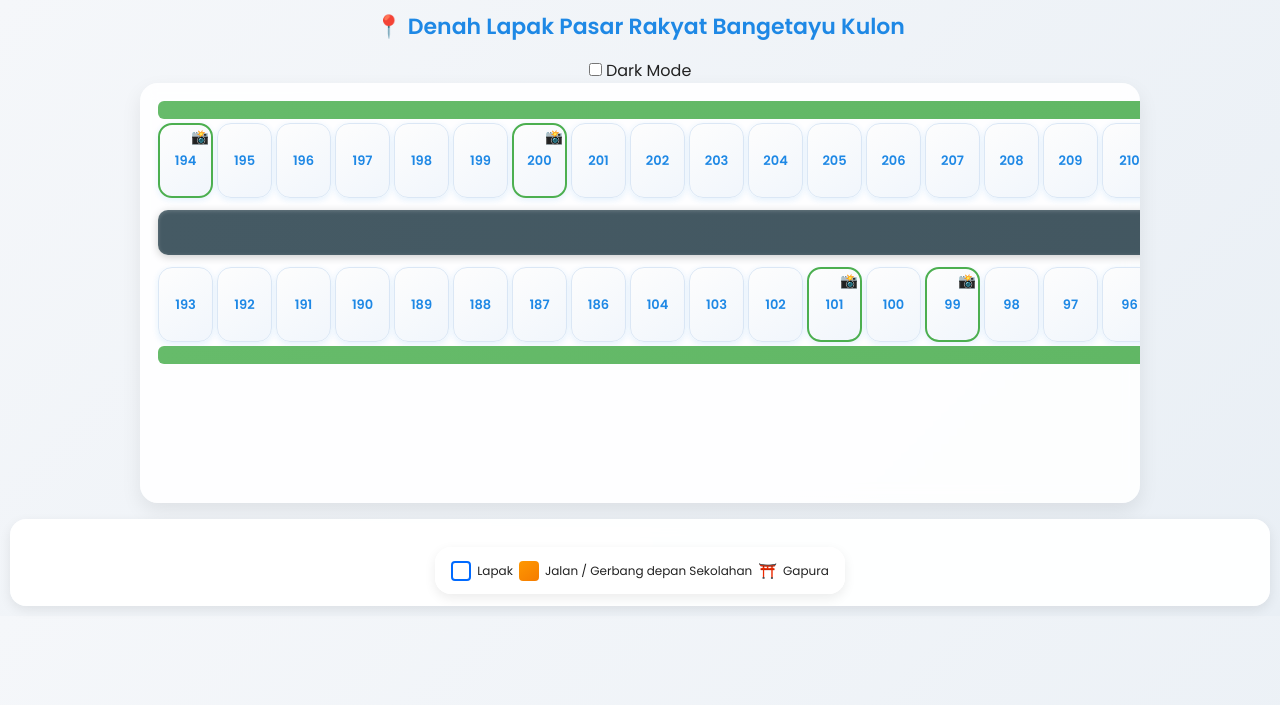
Repository: pasarrakyatbak/denah
Page: index.html
An editor plug-in stored every save of this project. The page is shown before and after a run of saves, followed by the edit.
The browser window is 1280 px wide. The pictures show the whole page.

Above is the page before, as saved 2025-09-20 11:16:22.

### index.html
<!DOCTYPE html>
<html lang="id">

<head>
    <meta charset="utf-8" />
    <meta name="viewport" content="width=device-width, initial-scale=1" />
    <title>Peta Lapak Modern</title>
    <link href="https://fonts.googleapis.com/css2?family=Poppins:wght@400;600&display=swap" rel="stylesheet">
    <link rel="stylesheet" href="style.css" />
</head>

<body>
    <h1>📍 Denah Lapak Pasar Rakyat Bangetayu Kulon</h1>
    <!-- Toggle Dark Mode -->
    <div class="dark-toggle">
        <label>
            <input type="checkbox" id="toggleDark">
            Dark Mode
        </label>
    </div>
    <!-- Tooltip -->
    <div class="tooltip" id="tooltip"></div>

    <!-- Grid Container -->
    <div class="scroll-container">
        <div class="h-inner">
            <!-- Rumput kiri -->
            <div class="rumput-wrapper">
                <div class="rumput"></div>
            </div>

            <!-- Lapak kanan (sekarang di atas jalan utama) -->
            <div class="row bottom" id="right-side"></div>
            <!-- Jalan utama -->
            <div class="road-wrapper">
                <div class="road">JALAN UTAMA</div>
            </div>

            <!-- Lapak kiri (sekarang di bawah jalan utama) -->
            <div class="row top" id="left-side"></div>

            <!-- Rumput kanan -->
            <div class="rumput-wrapper">
                <div class="rumput"></div>
            </div>
        </div>
    </div>
    <!-- Modal Foto -->
    <div id="photoModal" class="modal">
        <span class="modal-close" id="modalClose">&times;</span>
        <img class="modal-content" id="modalImg" />
        <div id="caption"></div>
    </div>

    <!-- Legend -->
    <div class="legend">
        <!-- Legend -->
        <div class="legend">
            <div class="legend-item">
                <div class="legend-icon lapak-box"></div>
                <span>Lapak</span>
            </div>
            <div class="legend-item">
                <div class="legend-icon jalan-box"></div>
                <span>Jalan / Gerbang depan Sekolahan</span>
            </div>
            <div class="legend-item">
                <div class="legend-icon">⛩️</div>
                <span>Gapura</span>
            </div>
        </div>

    </div>

    </div>

    <script src="script.js"></script>
</body>

</html>

### style.css
/* Reset & Base */
* {
    margin: 0;
    padding: 0;
    box-sizing: border-box;
}

body {
    font-family: 'Poppins', sans-serif;
    background: linear-gradient(135deg, #f5f7fa, #e9eff5);
    color: #222;
    padding: 10px;
    text-align: center;
}

h1 {
    font-size: 22px;
    margin-bottom: 15px;
    color: #1e88e5;
    font-weight: 700;
}

/* Scroll container */
.scroll-container {
    width: 100%;
    max-width: 1000px;
    height: 420px;
    overflow: auto;
    background: rgba(255, 255, 255, 0.9);
    border-radius: 18px;
    padding: 18px;
    backdrop-filter: blur(8px);
    box-shadow: 0 8px 20px rgba(0, 0, 0, 0.08);
    margin: auto;
    transition: 0.3s ease;
}

.h-inner {
    display: flex;
    flex-direction: column;
    gap: 4px;
    min-width: max-content;
}

.row {
    display: flex;
    align-items: flex-start;
    flex-wrap: wrap;
    min-width: max-content;
    gap: 4px;
}

/* Lapak compact modern */
.lapak {
    width: 55px;
    height: 75px;
    border-radius: 14px;
    background: linear-gradient(145deg, #fdfdfd, #f1f6fc);
    border: 1px solid #dbe7f5;
    color: #1e88e5;
    font-weight: 600;
    display: flex;
    align-items: center;
    justify-content: center;
    cursor: pointer;
    font-size: 13px;
    transition: all 0.25s ease;
    box-shadow: 0 2px 6px rgba(30, 136, 229, 0.12);
}

.lapak:hover {
    background: linear-gradient(145deg, #1e88e5, #1565c0);
    color: #fff;
    transform: translateY(-5px) scale(1.07);
    box-shadow: 0 8px 18px rgba(30, 136, 229, 0.3);
}

/* Jalan utama */
.road {
    height: 45px;
    background: linear-gradient(90deg, #455a64, #37474f);
    color: #fff;
    display: flex;
    align-items: center;
    justify-content: center;
    border-radius: 10px;
    font-weight: 600;
    font-size: 13px;
    margin: 8px 0;
    letter-spacing: 0.5px;
    box-shadow: inset 0 1px 4px rgba(255, 255, 255, 0.2),
        0 2px 8px rgba(0, 0, 0, 0.2);
}

/* Jalan / Gerbang */
.jalan-gerbang {
    width: 100px;
    height: 35px;
    background: linear-gradient(145deg, #ff9800, #f57c00);
    color: #fff;
    display: flex;
    align-items: center;
    justify-content: center;
    border-radius: 10px;
    font-weight: 600;
    font-size: 12px;
    box-shadow: 0 4px 10px rgba(255, 152, 0, 0.35);
    transition: 0.25s ease;
}

.jalan-gerbang:hover {
    background: linear-gradient(145deg, #fb8c00, #ef6c00);
    transform: translateY(-3px) scale(1.05);
}

/* Gapura lintas jalan */
.gapura-container {
    width: 50px;
    height: 75px;
    display: flex;
    flex-direction: column;
    align-items: center;
    justify-content: center;
    gap: 2px;
}

.gapura-icon {
    font-size: 20px;
}

.gapura-arrow {
    font-size: 14px;
}

/* Rumput */
.rumput-wrapper {
    position: relative;
}

.rumput {
    height: 18px;
    width: 100%;
    background: linear-gradient(90deg, #66bb6a, #43a047);
    border-radius: 6px;
}

/* Modern Legend */
.legend {
    margin-top: 16px;
    background: rgba(255, 255, 255, 0.95);
    padding: 12px 16px;
    border-radius: 16px;
    /* lebih smooth */
    font-size: 12px;
    font-weight: 500;
    /* lebih ringan */
    display: flex;
    gap: 16px;
    justify-content: center;
    flex-wrap: wrap;
    box-shadow: 0 4px 12px rgba(0, 0, 0, 0.08);
    /* lebih lembut dan modern */
    backdrop-filter: blur(8px);
    transition: all 0.3s ease;
}

.legend div {
    display: flex;
    align-items: center;
    gap: 6px;
    /* lebih lega */
}

.legend-color {
    width: 14px;
    height: 14px;
    border-radius: 4px;
    transition: transform 0.2s ease;
}

.legend-color:hover {
    transform: scale(1.2);
    /* interaktif saat hover */
}

.legend-icon {
    font-size: 15px;
    color: #555;
    /* lebih netral */
    transition: color 0.3s ease;
}

.legend-icon:hover {
    color: #000;
    /* highlight saat hover */
}

/* Modal */
.modal {
    display: none;
    position: fixed;
    z-index: 999;
    padding-top: 60px;
    left: 0;
    top: 0;
    width: 100%;
    height: 100%;
    overflow: auto;
    background-color: rgba(0, 0, 0, 0.8);
}

.modal-content {
    margin: auto;
    display: block;
    max-width: 90%;
    max-height: 80%;
    border-radius: 12px;
}

.modal-close {
    position: absolute;
    top: 20px;
    right: 35px;
    color: #fff;
    font-size: 40px;
    font-weight: bold;
    cursor: pointer;
    transition: 0.3s;
}

.modal-close:hover {
    color: #ff9800;
}

#caption {
    margin: 15px auto;
    text-align: center;
    color: #fff;
    font-size: 16px;
}

/* Tambahkan ini ke CSS */
.lapak.has-photo {
    border: 2px solid #4CAF50;
    /* hijau menandakan ada foto */
    position: relative;
}

.lapak.has-photo::after {
    content: "📸";
    /* ikon kamera */
    position: absolute;
    top: 2px;
    right: 2px;
    font-size: 0.9rem;
}

/* Lapak: kotak putih dengan border */
.lapak-box {
    width: 20px;
    height: 20px;
    background: #fff;
    border: 2px solid #006aff;
    border-radius: 4px;
}

/* Jalan / Gerbang: kotak warna */
.jalan-box {
    width: 20px;
    height: 20px;
    background: linear-gradient(145deg, #ff9800, #f57c00);
    border-radius: 4px;
}

/* Top Menu Modern */
.top-menu {
    display: flex;
    justify-content: center;
    align-items: center;
    margin-bottom: 15px;
    backdrop-filter: blur(8px);
    background: rgba(255, 255, 255, 0.7);
    border-radius: 14px;
    padding: 8px 12px;
    box-shadow: 0 4px 15px rgba(0, 0, 0, 0.08);
    transition: all 0.3s ease;
}

.top-menu ul {
    display: flex;
    list-style: none;
    gap: 20px;
    padding: 0;
    margin: 0;
}

.top-menu .menu-item {
    font-weight: 600;
    font-size: 14px;
    color: #1e88e5;
    text-decoration: none;
    display: flex;
    align-items: center;
    gap: 6px;
    padding: 6px 10px;
    border-radius: 8px;
    transition: all 0.25s ease;
}

.top-menu .menu-item:hover {
    background: linear-gradient(135deg, #1e88e5, #1565c0);
    color: #fff;
    transform: translateY(-2px) scale(1.05);
    box-shadow: 0 6px 12px rgba(30, 136, 229, 0.25);
}

/* Icon Gapura sedikit lebih besar */
.top-menu .gapura span {
    font-size: 18px;
}

/* 🔹 Dark Mode */
body.dark {
    background: linear-gradient(135deg, #1c1c1c, #2a2a2a);
    color: #eee;
}

body.dark h1 {
    color: #64b5f6;
}

/* Scroll container */
body.dark .scroll-container {
    background: rgba(30, 30, 30, 0.85);
    box-shadow: 0 8px 20px rgba(0, 0, 0, 0.4);
}

/* Lapak */
body.dark .lapak {
    background: linear-gradient(145deg, #2c2c2c, #3a3a3a);
    border: 1px solid #444;
    color: #64b5f6;
    box-shadow: 0 2px 6px rgba(100, 181, 246, 0.12);
}

body.dark .lapak:hover {
    background: linear-gradient(145deg, #64b5f6, #1565c0);
    color: #fff;
    box-shadow: 0 8px 18px rgba(100, 181, 246, 0.3);
}

/* Jalan utama */
body.dark .road {
    background: linear-gradient(90deg, #263238, #37474f);
    color: #eee;
    box-shadow: inset 0 1px 4px rgba(255, 255, 255, 0.1), 0 2px 8px rgba(0, 0, 0, 0.4);
}

/* Jalan / Gerbang */
body.dark .jalan-gerbang {
    background: linear-gradient(145deg, #ffb74d, #ff9800);
    color: #222;
    box-shadow: 0 4px 10px rgba(255, 183, 77, 0.35);
}

body.dark .jalan-gerbang:hover {
    background: linear-gradient(145deg, #ffcc80, #fb8c00);
}

/* Rumput */
body.dark .rumput {
    background: linear-gradient(90deg, #388e3c, #2e7d32);
}

/* Gapura container */
body.dark .gapura-container {
    color: #eee;
}

/* Legend */
body.dark .legend {
    background: rgba(40, 40, 40, 0.85);
    color: #eee;
    box-shadow: 0 4px 12px rgba(0, 0, 0, 0.4);
}

body.dark .legend-icon {
    color: #ccc;
}

body.dark .legend-icon:hover {
    color: #fff;
}

/* Modal */
body.dark .modal-content {
    border: 2px solid #444;
}

/* Top Menu */
body.dark .top-menu {
    background: rgba(40, 40, 40, 0.7);
    box-shadow: 0 4px 15px rgba(0, 0, 0, 0.4);
}

body.dark .top-menu .menu-item {
    color: #64b5f6;
}

body.dark .top-menu .menu-item:hover {
    background: linear-gradient(135deg, #64b5f6, #1565c0);
    color: #fff;
}

/* Tambahan smooth transition */
body,
.lapak,
.scroll-container,
.road,
.jalan-gerbang,
.rumput,
.legend,
.top-menu {
    transition: all 0.3s ease;
}

/* Responsif HP kecil */
@media (max-width: 480px) {
    .lapak {
        width: 42px;
        height: 60px;
        font-size: 10px;
    }
}

/* Responsif Tablet */
@media (min-width: 481px) and (max-width: 1024px) {
    .lapak {
        width: 50px;
        height: 70px;
        font-size: 12px;
    }
}

/* Desktop normal */
@media (min-width: 1025px) {
    .lapak {
        width: 55px;
        height: 75px;
        font-size: 13px;
    }
}

### script.js
// DATA NOMOR
const leftNumbers = [1, 2, 3, 4, 5, 6, 7, 8, 9, 10, 11, 15, 16, 17, 18, 19, 20, 21, 22, 23, 24, 25, 26, 27, 28, 29, 30, 31, 32, 33, 34, 35, 36, 37, 38, 39, 40, 41, 42, 43, 44, 45, 46, 47, 48, 49, 50, 51, 52, 53, 54, 55, 56, 57, 58, 59, 60, 61, 62, 63, 64, 65, 66, 67, 68, 69, 70, 71, 72, 73, 74, 75, 76, 77, 78, 79, 80, 81, 82, 83, 84, 85, 86, 87, 88, 89, 90, 91, 92, 93, 94, 95, 96, 97, 98, 99, 100, 101, 102, 103, 104, 186, 187, 188, 189, 190, 191, 192, 193];
const rightNumbers = [194, 195, 196, 197, 198, 199, 200, 201, 202, 203, 204, 205, 206, 207, 208, 209, 210, 211, 212, 213, 105, 106, 107, 108, 109, 110, 111, 112, 113, 114, 115, 116, 117, 118, 119, 120, 121, 122, 123, 124, 125, 126, 127, 128, 129, 130, 131, 132, 133, 134, 135, 136, 137, 138, 214, 215, 216, 139, 140, 141, 142, 143, 144, 145, 146, 147, 148, 149, 150, 151, 152, 153, 154, 155, 156, 157, 158, 159, 160, 161, 162, 163, 164, 165, 166, 167, 168, 169, 170, 171, 172, 173, 174, 175, 176, 177, 178, 179, 180, 181, 182, 183, 184, 185];
const isDarkMode = document.body.classList.contains('dark');

const rightSide = document.getElementById('right-side');
const leftSide = document.getElementById('left-side');

// Toggle Dark Mode
const toggleDark = document.getElementById('toggleDark');
toggleDark.addEventListener('change', e => {
    if (e.target.checked) { document.body.classList.add('dark'); }
    else { document.body.classList.remove('dark'); }
});
// Buat lapak
function makeLapak(num) {
    const d = document.createElement('div');
    d.className = 'lapak';
    d.textContent = num;
    return d;
}

rightNumbers.forEach(n => rightSide.appendChild(makeLapak(n)));
leftNumbers.slice().reverse().forEach(n => leftSide.appendChild(makeLapak(n)));

// Gerbang
function insertGerbangBetween(parent, a, b, label = 'Gerbang') {
    const children = Array.from(parent.children);
    const idxA = children.findIndex(c => c.textContent == String(a));
    const idxB = children.findIndex(c => c.textContent == String(b));
    if (idxA === -1 || idxB === -1) return;
    const insertAfterIndex = Math.min(idxA, idxB);
    const refNode = parent.children[insertAfterIndex + 1] || null;
    const g = document.createElement('div');
    g.className = 'jalan-gerbang';
    g.textContent = label;
    parent.insertBefore(g, refNode);
}
insertGerbangBetween(leftSide, 2, 3);
insertGerbangBetween(leftSide, 11, 15);

// Gapura lintas jalan
function insertGapura(leftParent, rightParent, a, b) {
    const idxL = Array.from(leftParent.children).findIndex(c => c.textContent == a);
    const idxR = Array.from(rightParent.children).findIndex(c => c.textContent == b);
    if (idxL === -1 || idxR === -1) return;

    const gapuraBottom = document.createElement('div');
    gapuraBottom.className = 'gapura-container';
    gapuraBottom.innerHTML = `<div class="gapura-icon">⛩️</div><div class="gapura-arrow">⬆️</div>`;
    leftParent.insertBefore(gapuraBottom, leftParent.children[idxL + 1]);

    const gapuraTop = document.createElement('div');
    gapuraTop.className = 'gapura-container';
    gapuraTop.innerHTML = `<div class="gapura-arrow">⬇️</div><div class="gapura-icon">⛩️</div>`;
    rightParent.insertBefore(gapuraTop, rightParent.children[idxR]);
}
insertGapura(leftSide, rightSide, 57, 146);

// Jalan
function insertJalan(parent, a, b, label = 'Jalan') {
    const idxA = Array.from(parent.children).findIndex(c => c.textContent == a);
    const idxB = Array.from(parent.children).findIndex(c => c.textContent == b);
    if (idxA === -1 || idxB === -1) return;
    const insertAfter = Math.min(idxA, idxB);
    const refNode = parent.children[insertAfter + 1] || null;
    const jalan = document.createElement('div');
    jalan.className = 'jalan-gerbang';
    jalan.textContent = label;
    parent.insertBefore(jalan, refNode);
}

// Contoh insert
insertJalan(rightSide, 156, 157);
insertJalan(rightSide, 216, 139);
insertJalan(rightSide, 163, 164);
insertJalan(rightSide, 180, 181);

const tooltip = document.getElementById('tooltip');

function showTooltip(e, text) {
    tooltip.textContent = text;
    tooltip.style.left = e.pageX + 10 + 'px';
    tooltip.style.top = e.pageY + 10 + 'px';
    tooltip.style.opacity = 1;
}

function hideTooltip() {
    tooltip.style.opacity = 0;
}

// Tambahkan tooltip untuk setiap elemen
document.querySelectorAll('.lapak').forEach(el => {
    el.addEventListener('mouseenter', e => showTooltip(e, 'Lapak #' + el.textContent));
    el.addEventListener('mousemove', e => showTooltip(e, 'Lapak #' + el.textContent));
    el.addEventListener('mouseleave', hideTooltip);
});

document.querySelectorAll('.jalan-gerbang').forEach(el => {
    el.addEventListener('mouseenter', e => showTooltip(e, 'Jalan / Gerbang: ' + el.textContent));
    el.addEventListener('mousemove', e => showTooltip(e, 'Jalan / Gerbang: ' + el.textContent));
    el.addEventListener('mouseleave', hideTooltip);
});
document.querySelectorAll('.gapura-container').forEach(el => {
    el.addEventListener('mouseenter', e => showTooltip(e, 'Gapura Lintas Jalan'));
    el.addEventListener('mousemove', e => showTooltip(e, 'Gapura Lintas Jalan'));
    el.addEventListener('mouseleave', hideTooltip);
});

// Mapping foto tiap lapak (contoh)
const lapakPhotos = {
    2: 'images/lapak2.jpg',
    3: 'images/lapak3.jpg',
    11: 'images/lapak11.jpg',
    29: 'images/lapak29.jpg',
    37: 'images/lapak37.jpg',
    51: 'images/lapak51.jpg',
    57: 'images/lapak57.jpg',
    61: 'images/lapak61.jpg',
    70: 'images/lapak70.jpg',
    83: 'images/lapak83.jpg',
    84: 'images/lapak84.jpg',
    86: 'images/lapak86.jpg',
    99: 'images/lapak99.jpg',
    101: 'images/lapak108.jpg',
    124: 'images/lapak124.jpg',
    137: 'images/lapak137.jpg',
    139: 'images/lapak139.jpg',
    140: 'images/lapak140.jpg',
    145: 'images/lapak145.jpg',
    151: 'images/lapak151.jpg',
    153: 'images/lapak153.jpg',
    157: 'images/lapak157.jpg',
    163: 'images/lapak163.jpg',
    168: 'images/lapak168.jpg',
    194: 'images/lapak194.jpg',
    200: 'images/lapak200.jpg',
    214: 'images/lapak214.jpg'
};


const modal = document.getElementById('photoModal');
const modalImg = document.getElementById('modalImg');
const caption = document.getElementById('caption');
const modalClose = document.getElementById('modalClose');

// Klik lapak
document.querySelectorAll('.lapak').forEach(el => {
    el.addEventListener('click', () => {
        const num = el.textContent;
        if (lapakPhotos[num]) {
            modal.style.display = 'block';
            modalImg.src = lapakPhotos[num];
            caption.textContent = 'Lapak #' + num;
        } else {
            alert('Foto belum tersedia untuk lapak #' + num);
        }
    });
});

// Tutup modal
modalClose.addEventListener('click', () => {
    modal.style.display = 'none';
});

// Tutup modal saat klik luar gambar
window.addEventListener('click', e => {
    if (e.target === modal) {
        modal.style.display = 'none';
    }
});
// Setelah membuat semua lapak, tandai yang ada fotonya
document.querySelectorAll('.lapak').forEach(el => {
    const num = el.textContent;
    if (lapakPhotos[num]) {
        el.classList.add('has-photo'); // tambahkan kelas
    }
});

After the next 2 saves:
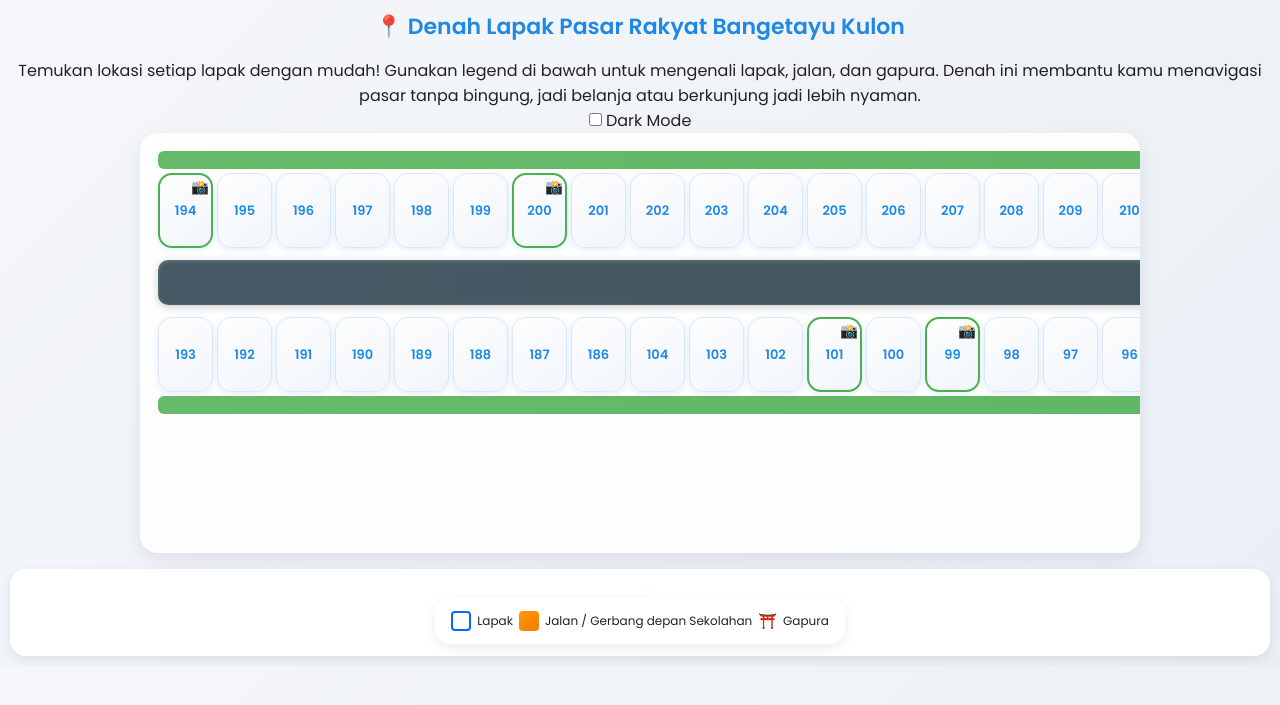
The 2 saves are shown as one change because they came seconds apart.
The last was saved 56 s later.
--- a/index.html
+++ b/index.html
@@ -10,7 +10,11 @@
 </head>
 
 <body>
-    <h1>📍 Denah Lapak Pasar Rakyat Bangetayu Kulon</h1>
+    <h1 class="denah-title">📍 Denah Lapak Pasar Rakyat Bangetayu Kulon</h1>
+    <p class="denah-desc">
+        Temukan lokasi setiap lapak dengan mudah! Gunakan legend di bawah untuk mengenali lapak, jalan, dan gapura.
+        Denah ini membantu kamu menavigasi pasar tanpa bingung, jadi belanja atau berkunjung jadi lebih nyaman.
+    </p>
     <!-- Toggle Dark Mode -->
     <div class="dark-toggle">
         <label>
